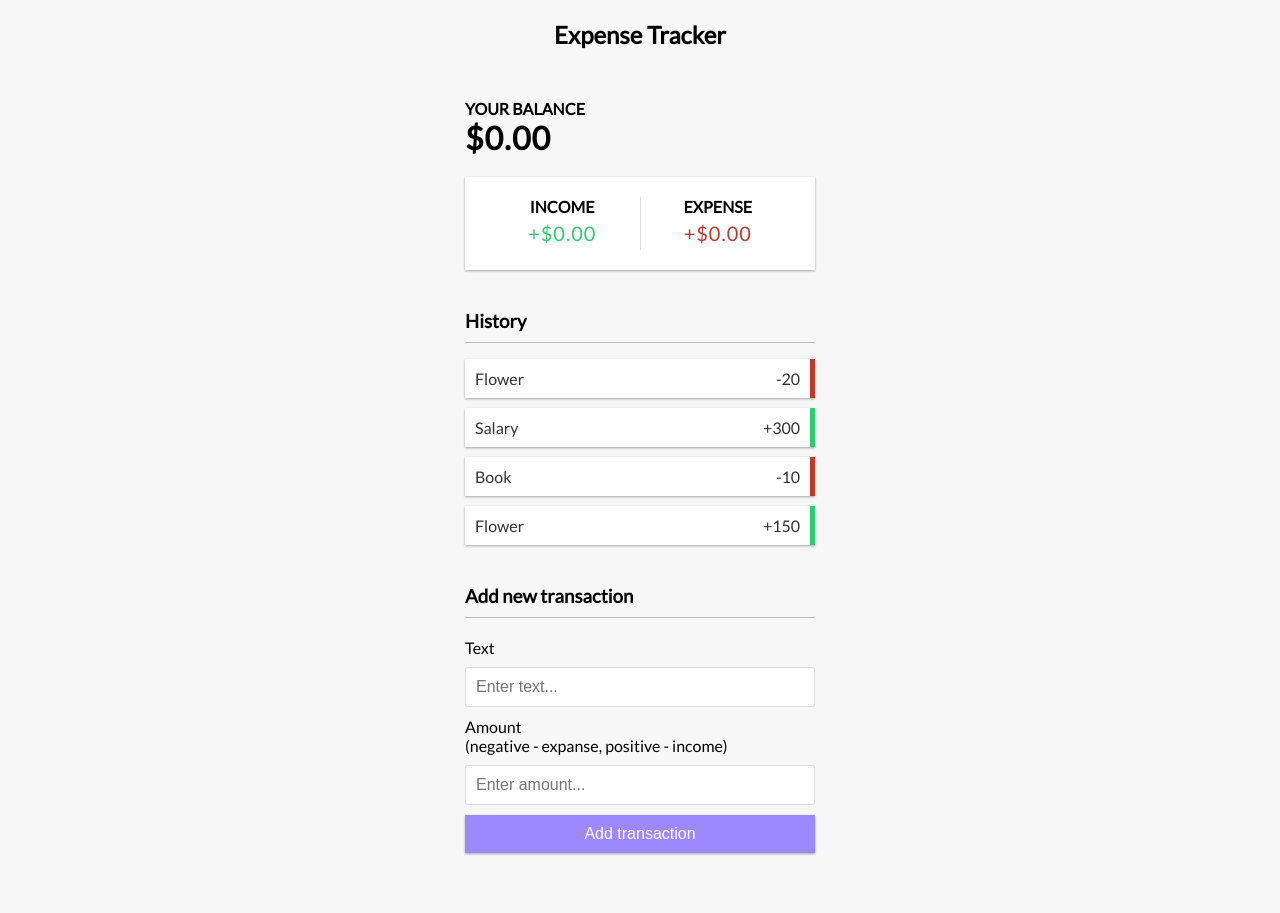
Repository: Youvelop/expenseTracker
Page: index.html
An editor plug-in stored every save of this project. The page is shown before and after the next save, followed by the edit.
The browser window is 1280 px wide. The pictures show the whole page.

Above is the page before, as saved 2020-06-30 15:13:33.

### index.html
<!DOCTYPE html>
<html lang="en">
  <head>
    <meta charset="UTF-8" />
    <meta name="viewport" content="width=device-width, initial-scale=1.0" />
    <link rel="stylesheet" href="style.css" />
    <title>Expense Tracker</title>
  </head>
  <body>
    <h2>Expense Tracker</h2>

    <div class="container">
      <h4>Your Balance</h4>
      <h1 id="balance">$0.00</h1>

      <div class="inc-exp-container">
        <div>
          <h4>Income</h4>
          <p id="money-plus" class="money plus">+$0.00</p>
        </div>
        <div>
          <h4>Expense</h4>
          <p id="money-minus" class="money minus">+$0.00</p>
        </div>
      </div>

      <h3>History</h3>
      <ul id="list" class="list">
        <!-- <li class="minus">
          Cash <span>-$400</span><button class="delete-btn">x</button>
        </li> -->
      </ul>

      <h3>Add new transaction</h3>
      <form id="form">
        <div class="form-control">
          <label for="text">Text</label>
          <input type="text" id="text" placeholder="Enter text..." />
        </div>
        <div class="form-control">
          <label for="amount"
            >Amount <br />
            (negative - expanse, positive - income)</label
          >
          <input type="number" id="amount" placeholder="Enter amount..." />
        </div>
        <button class="btn">Add transaction</button>
      </form>
    </div>
    <script src="script.js"></script>
  </body>
</html>

### style.css
@import url('https://fonts.googleapis.com/css?family=Lato&display=swap');

:root {
  --box-shadow: 0 1px 3px rgba(0, 0, 0, 0.12), 0 1px 2px rgba(0, 0, 0, 0.24);
}

* {
  box-sizing: border-box;
}
body {
  background-color: #f7f7f7;
  display: flex;
  flex-direction: column;
  align-items: center;
  justify-content: center;
  min-height: 100vh;
  margin: 0;
  font-family: 'Lato', sans-serif;
}

.container {
  margin: 30px auto;
  width: 350px;
}

h1 {
  letter-spacing: 1px;
  margin: 0;
}

h3 {
  border-bottom: 1px solid #bbb;
  padding-bottom: 10px;
  margin: 40px 0 10px;
}

h4 {
  margin: 0;
  text-transform: uppercase;
}

.inc-exp-container {
  background-color: #fff;
  box-shadow: var(--box-shadow);
  padding: 20px;
  display: flex;
  justify-content: space-between;
  margin: 20px 0;
}

.inc-exp-container > div {
  flex: 1;
  text-align: center;
}

.inc-exp-container > div:first-of-type {
  border-right: 1px solid #dedede;
}

.money {
  font-size: 20px;
  letter-spacing: 1px;
  margin: 5px 0;
}

.money.plus {
  color: #2ecc71;
}
.money.minus {
  color: #c0392b;
}

label {
  display: inline-block;
  margin: 10px 0;
}

input[type='text'],
input[type='number'] {
  border: 1px solid #dedede;
  border-radius: 2px;
  display: block;
  font-size: 16px;
  padding: 10px;
  width: 100%;
}

.btn {
  cursor: pointer;
  background-color: #9c88ff;
  box-shadow: var(--box-shadow);
  color: #fff;
  border: 0;
  display: block;
  font-size: 16px;
  margin: 10px 0 30px;
  padding: 10px;
  width: 100%;
}
.btn:focus,
.delete-btn:focus {
  outline: 0;
}

.list {
  list-style-type: none;
  padding: 0;
  margin-bottom: 40px;
}

.list li {
  background-color: white;
  box-shadow: var(--box-shadow);
  color: #333;
  display: flex;
  justify-content: space-between;
  position: relative;
  padding: 10px;
  margin: 10px 0;
}

.list li.minus {
  border-right: 5px solid #c0392b;
}
.list li.plus {
  border-right: 5px solid #2ecc71;
}

.delete-btn {
  cursor: pointer;
  background-color: #e74c3c;
  border: 0;
  color: #fff;
  font-size: 20px;
  line-height: 20px;
  padding: 2px 5px;
  position: absolute;
  top: 50%;
  left: 0;
  transform: translate(-100%, -50%);
  opacity: 0;
  transition: opacity 0.3s ease;
}

.list li:hover .delete-btn {
  opacity: 1;
}

### script.js
const balance = document.getElementById('balance');
const money_plus = document.getElementById('money-plus');
const money_minus = document.getElementById('money-minus');
const list = document.getElementById('list');
const form = document.getElementById('form');
const text = document.getElementById('text');
const amount = document.getElementById('amount');

const dummyTransactions = [
  {
    id: 1,
    text: 'Flower',
    amount: -20,
  },
  {
    id: 2,
    text: 'Salary',
    amount: 300,
  },
  {
    id: 3,
    text: 'Book',
    amount: -10,
  },
  {
    id: 4,
    text: 'Flower',
    amount: 150,
  },
];

let transactions = dummyTransactions;

// Add transactions to DOm list
function addTransactionDOM(transaction) {
  // Get sign
  const sign = transaction.amount < 0 ? '-' : '+';

  const item = document.createElement('li');
  // Add class based on value
  item.classList.add(transaction.amount < 0 ? 'minus' : 'plus');

  item.innerHTML = `
  ${transaction.text} <span>${sign}${Math.abs(
    transaction.amount
  )}</span> <button class="delete-btn">x</button>
  `;

  list.appendChild(item);
}

// Update the balance, income and expense
function updateValues() {
  const amounts = transactions.map((transaction) => transaction.amount);

  const total = amounts.reduce((acc, item) => (acc += item), 0).toFixed(2);

  const income = amounts
    .filter((item) => item > 0)
    .reduce((acc, item) => (acc += item), 0)
    .toFixed(2);

  const expense =
    amounts.filter((item) => item < 0).reduce((acc, item) => (acc += item), 0) *
    -1;

  console.log(expense);
}

// Init app
function init() {
  list.innerHTML = '';

  transactions.forEach(addTransactionDOM);
  updateValues();
}

init();

After the next save:
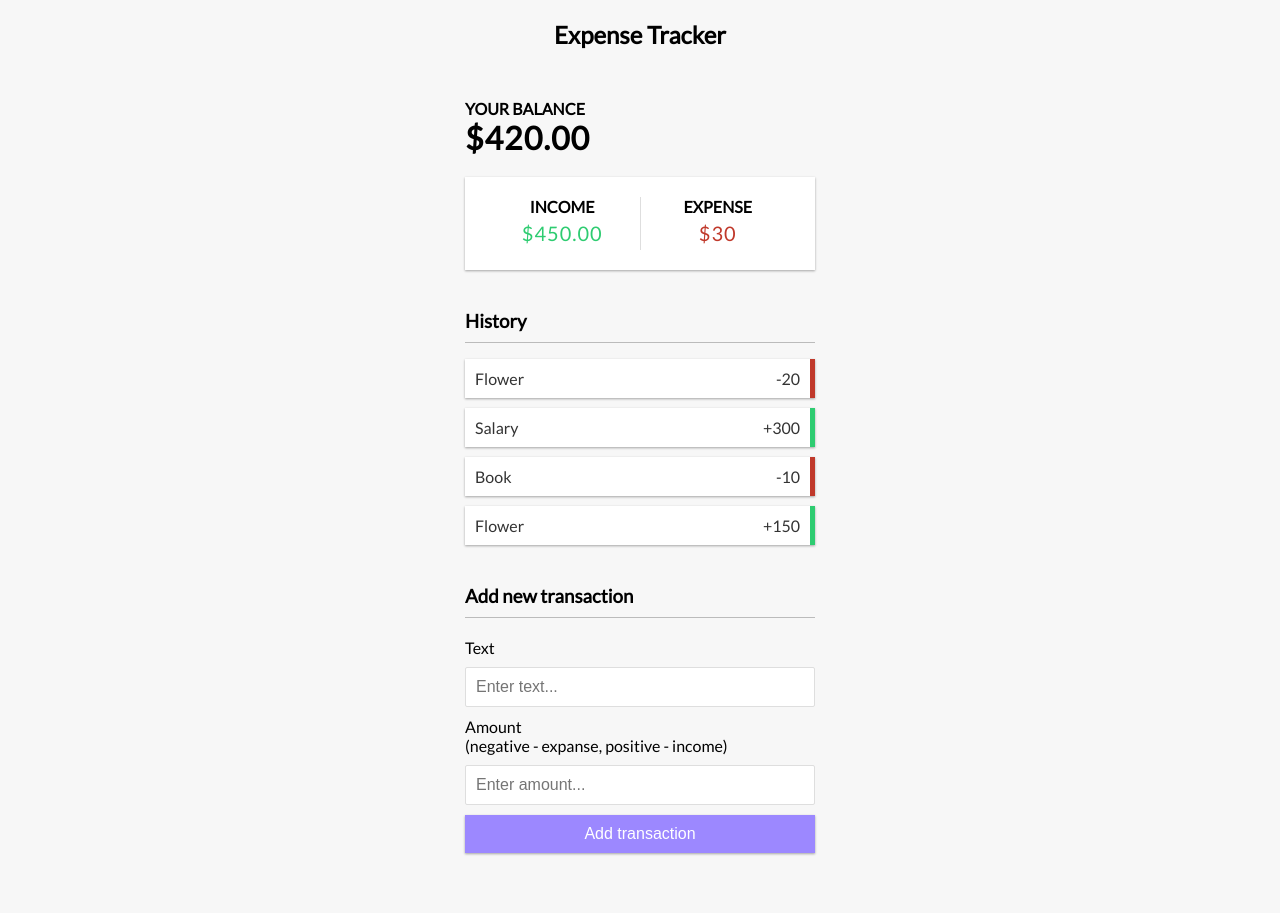
Saved 103 s later.
--- a/script.js
+++ b/script.js
@@ -64,7 +64,9 @@ function updateValues() {
     amounts.filter((item) => item < 0).reduce((acc, item) => (acc += item), 0) *
     -1;
 
-  console.log(expense);
+  balance.innerText = `$${total}`;
+  money_plus.innerText = `$${income}`;
+  money_minus.innerText = `$${expense}`;
 }
 
 // Init app
